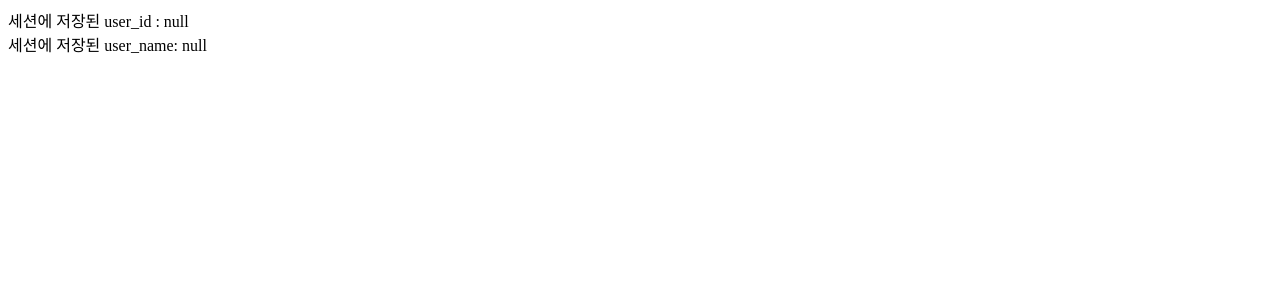
Repository: sun2898/JSP
Page: http://localhost/JSPBasic/session/session_get.jsp
An editor plug-in stored every save of this project. The page is shown before and after a run of saves, followed by the edit.
The browser window is 1280 px wide. The pictures show the whole page.
The page is served by Tomcat 9. Other server files are loaded and not shown.

Above is the page before, as saved 2023-06-05 03:24:45.

### JSPBasic/src/main/webapp/session/session_get.jsp
<%@ page language="java" contentType="text/html; charset=UTF-8"
    pageEncoding="UTF-8"%>
<%
	//세션값의 사용
	//한번 생성이 되었다면, 어디서든 기본값(30분)까지 사용할 수 있다.
	String id = (String)session.getAttribute("user_id"); // object타입 -> String타입으로 형변환
	String name = (String)session.getAttribute("user_name");

%>


<!DOCTYPE html>
<html>
<head>
<meta charset="UTF-8">
<title>Insert title here</title>
</head>
<body>

	세션에 저장된 user_id : <%=id %><br/>
	세션에 저장된 user_name: <%=name %><br/>
</body>
</html>

After the next 2 saves:
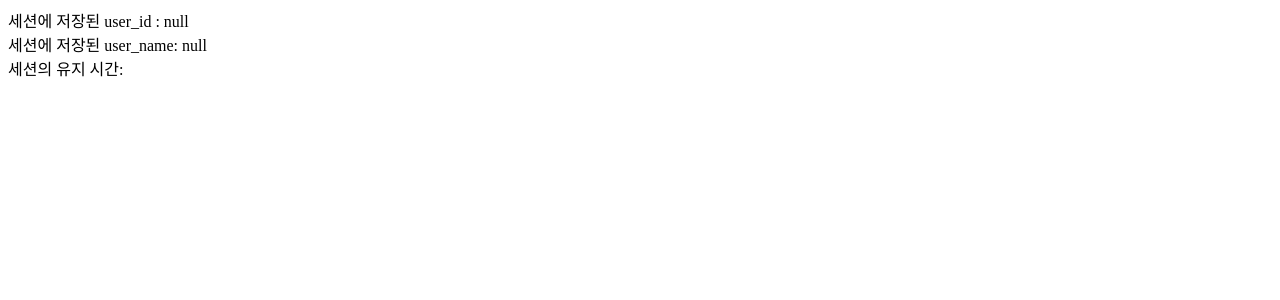
The 2 saves are shown as one change because they came seconds apart.
The last was saved 70 s later.
--- a/JSPBasic/src/main/webapp/session/session_get.jsp
+++ b/JSPBasic/src/main/webapp/session/session_get.jsp
@@ -6,6 +6,8 @@
 	String id = (String)session.getAttribute("user_id"); // object타입 -> String타입으로 형변환
 	String name = (String)session.getAttribute("user_name");
 
+	//시간확인
+	int time = session.getMaxInactiveInterval();
 %>
 
 
@@ -19,5 +21,6 @@
 
 	세션에 저장된 user_id : <%=id %><br/>
 	세션에 저장된 user_name: <%=name %><br/>
+	세션의 유지 시간:
 </body>
 </html>
